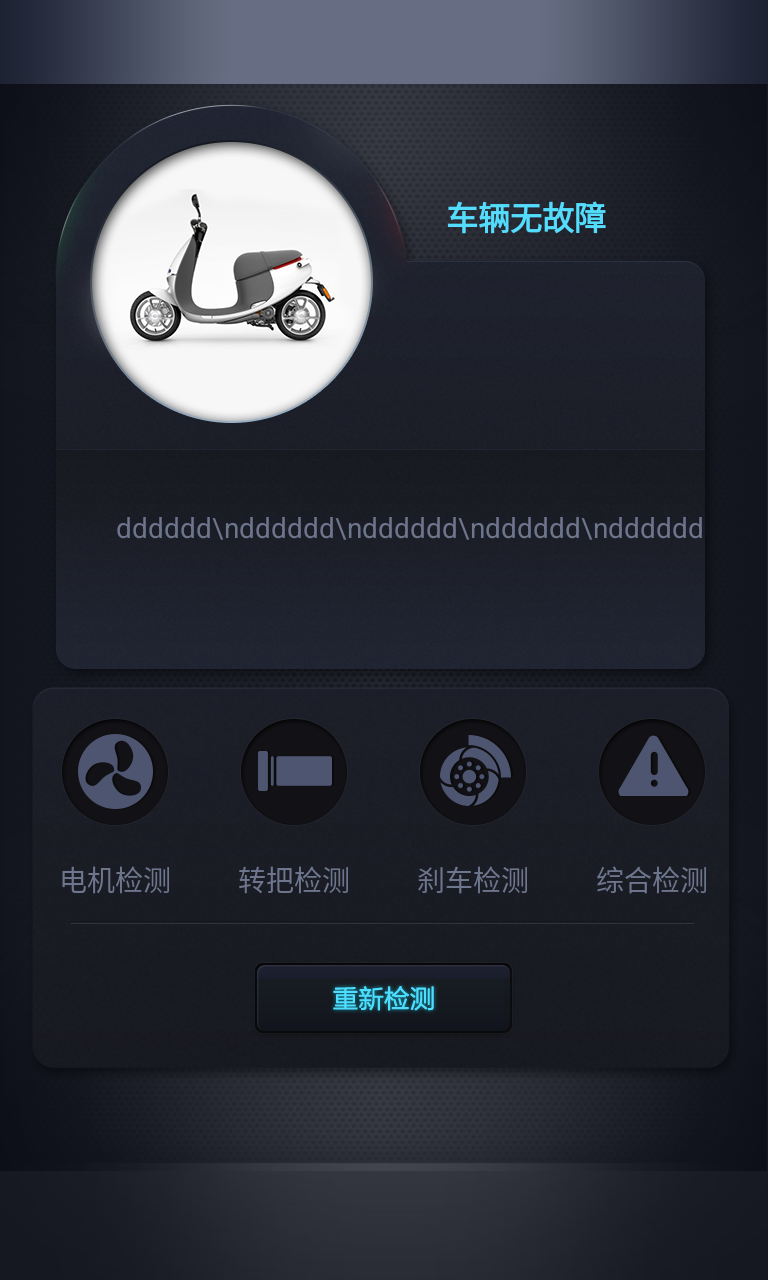
Repository: dongerqiang/Ab_YuanDun
Layout: WangCar/res/layout/activity_car_check_layout.xml
These files come from the project's save history. The layout is drawn as it stood at one moment and after the next save; the edit follows.
It is drawn on a 768 x 1280 px phone screen (xhdpi) without system bars, with theme android:Theme.Black.NoTitleBar; the app's code is not run.

Above is the layout before, as saved 2017-06-24 12:42:54.

After the next save:
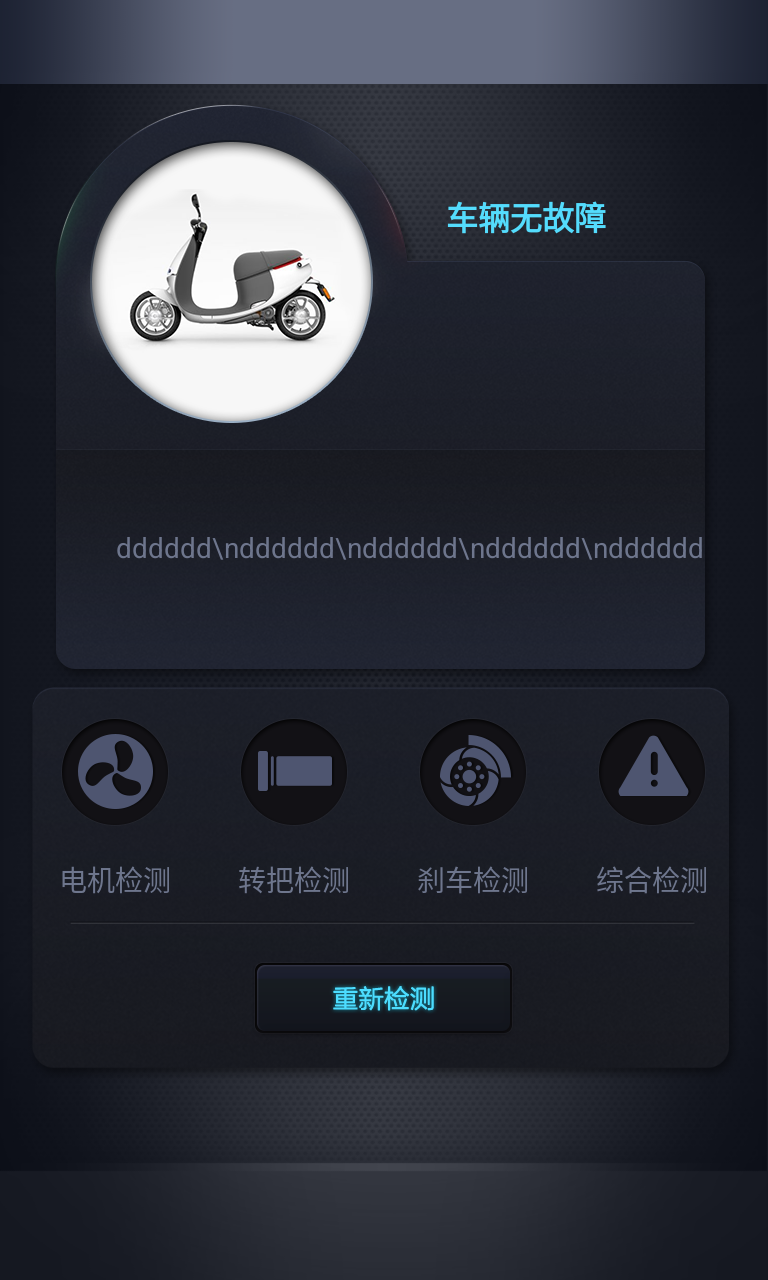
Saved 13 s later.
--- a/WangCar/res/layout/activity_car_check_layout.xml
+++ b/WangCar/res/layout/activity_car_check_layout.xml
@@ -31,7 +31,7 @@
                 android:layout_width="wrap_content"
                 android:layout_height="wrap_content"
                 android:layout_gravity="left|center_vertical"
-                android:layout_marginTop="68dp"
+                android:layout_marginTop="78dp"
                 android:layout_marginLeft="58dp"
                 android:textColor="#6e768d"
                 android:textSize="14sp"
